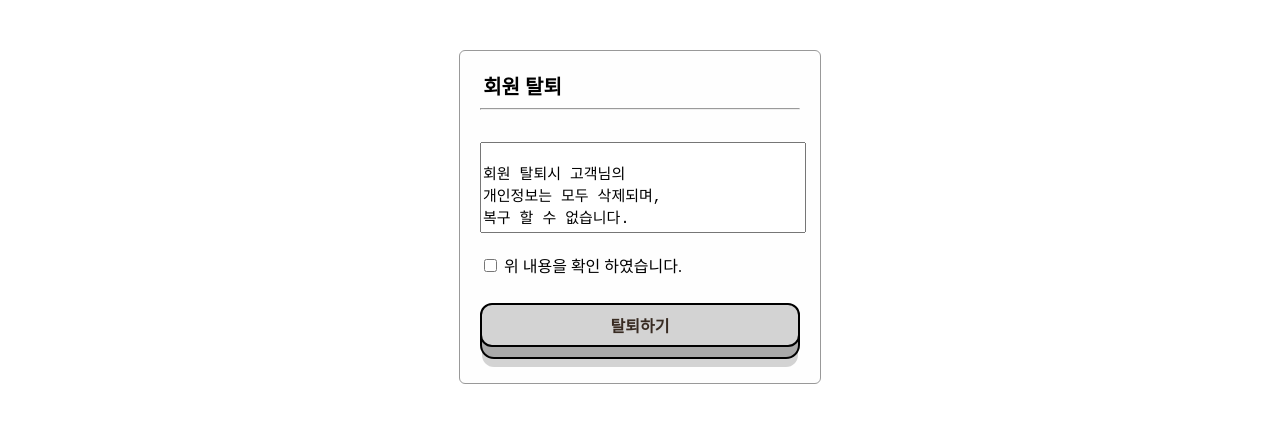
Repository: acredev/Restaurant_Management_System
Page: http://localhost/leekangjo/jsp/mypage/myinfo/myinfo_remove.jsp
These files come from the project's save history. The page is drawn as it stood at one moment and after the next save; the edit follows.
The browser window is 1280 px wide. The pictures show the whole page.
The page is served by Tomcat 9. Other server files are loaded and not shown.

Above is the page before, as saved 2023-05-26 01:31:05.

### leekangjo/WebContent/jsp/mypage/myinfo/myinfo_remove.jsp
<%@ page language="java" contentType="text/html; charset=UTF-8"
    pageEncoding="UTF-8"%>
<!DOCTYPE html>
<html>
	<head>
	    <meta charset="utf-8">
	    <title>마이페이지 - 회원탈퇴</title>
	    <link href="../../css/mypage.css" rel="stylesheet">
	    <link href="../../css/buttonST.css" rel="stylesheet">
	    <link rel="icon" href="../../img/favicon1.png" type="image/x-icon" sizes="16x16">
        <script language="javascript">
			function agreeCheck(frm)
			{
				if (frm.checkButton.disabled==true)
				frm.checkButton.disabled=false
				else
				frm.checkButton.disabled=true
			}
		</script>
	</head>
	<body>
		<form name="login_first" class="login_first" action="login_second.jsp" method="post">
	    	<div class="outBox">
		    	<div class="boxtitle">
    	    		<a class="topid">회원 탈퇴</a>
                    <hr>
                    <textarea cols="40" rows="5" readonly="readonly">
회원 탈퇴시 고객님의
개인정보는 모두 삭제되며,
복구 할 수 없습니다.
</textarea><br>
                    <input type="checkbox" name="agree" id="byecheck" onClick="agreeCheck(this.form)"> 위 내용을 확인 하였습니다.


			</div>
                <button type="button" name="checkButton" id="byebtn" class="tagbarBT" disabled onclick="alert('민혁선배. 잠깐만 이리 와주세요.')"> 탈퇴하기</button>
            </div>
		</form>
	</body>
</html>

### leekangjo/WebContent/css/mypage.css
.outBox {margin:50px auto; padding:20px; max-width:320px; border:1px solid #999; border-radius:6px; background-color: #FEFEFE;
}


.IPSBOX{
    margin-top: 10%;
    text-align: center;
}

h1{
    margin-top: -2%;
    text-align: center;
}

#btn_id{
    margin-top: 5%;
    width: 32%;
    margin-bottom: 15%;
}

.testimg{
    width: 100%;
}


img:hover{
	cursor: pointer;
}
h2{
    text-align: left;
    margin-left: 3%;
    font-size: 17px;
}

.topid{
    margin-left: 1%;
    font-size: 20px;
    font-weight: bold;
}
.bye{
    font-size: 13px;
    color: #585858
}
.bye:hover{
    cursor: pointer;
     text-decoration: underline;
}
hr{
    margin-bottom: 5%;
}
input::-webkit-outer-spin-button,
input::-webkit-inner-spin-button {
  -webkit-appearance: none;
  margin: 0;
}
a{
    font-weight: bold;
}
.form-item {
    flex-direction: row-reverse;
    width: 100%;
    align-items: center;
    margin-bottom: 23%;
}
.form-item input {
    width: 92%;
    padding: 12px;
    font-size: 14px;
    color: #111111;
    border: 0;
    border: 1px #cccccc solid;
    margin-bottom: 3%;
}

#usertel:focus{
    border-color:#0982f0;
}
.form-item input:focus {

    outline: none;
}
#email_change{
    width:100%;
    float:right;
    margin-bottom:10%;
}
#telnum_change{
    width: 100%;
    float: right;
    margin-bottom: 15%;
}
#pw_change{
    width:100%;
    float:right;
    margin-bottom:17%;
}
#myinfo_cancle{
    background-color: #DDDDDD;
}
#goto_myinfo{
    width: 100%;
    margin-bottom: 5%
}
.my_pwd{
     width: 92%;
    padding: 12px;
    font-size: 14px;
    color: #111111;
    border: 0;
    border: 1px #cccccc solid;

    margin-bottom: 5%;
}
.my_pwd:focus{
    outline: none;
}
.tagbarBT{
    width: 49%;
}

.btnbox{
    margin-top: -18%;
    margin-bottom: 5%;
}
.form-item input:nth-child(-n+7){
    background-color: #EFEFEF
}

.veri_form-item{
    margin-bottom: %;
}
textarea{
    width: 100%;
    font-size: 15px;
    margin-top: 5%;
    margin-bottom: 5%;
    resize: none;

}
button:disabled{
    background-color: lightgray;
}
button:disabled:hover{
	cursor: not-allowed;
}
#byebtn{
    margin-top: 8%;
    margin-bottom: 5%;
    width: 100%;

}
.IPSBOX{
    margin-top: 7%;
    text-align: center;
}

### leekangjo/WebContent/css/buttonST.css
/* 프로젝트 내부의 버튼 스타일을 결정하는 css 파일입니다. */

.tagbarBT {
  position: relative;
  cursor: pointer;
  font-size: inherit;
  font-family: inherit;
  font-weight: 600;
  color: #382b22;
  padding: 0.5em 1em;
  background: #ffffff;
  border: 2px solid #000;
  border-radius: 0.75em;
  transform-style: preserve-3d;
  transition: transform 150ms cubic-bezier(0, 0, 0.58, 1), background 150ms cubic-bezier(0, 0, 0.58, 1);
}

.tagbarBT::before {
  position: absolute;
  content: "";
  width: 100%;
  height: 100%;
  top: 0;
  left: 0;
  right: 0;
  bottom: 0;
  background: darkgray;
  border-radius: inherit;
  box-shadow: 0 0 0 2px #000, 0 0.625em 0 0 lightgray;
  transform: translate3d(0, 0.75em, -1em);
  transition: transform 150ms cubic-bezier(0, 0, 0.58, 1), box-shadow 150ms cubic-bezier(0, 0, 0.58, 1);
}

.tagbarBT:hover {
  background: lightgray;
  transform: translate(0, 0.25em);
}

.tagbarBT:hover::before {
  box-shadow: 0 0 0 2px , 0 0.5em 0 0 lightgray;
  transform: translate3d(0, 0.5em, -1em);
}

.tagbarBT:active {
  background: lightgray;
  transform: translate(0em, 0.75em);
}

.tagbarBT:active::before {
  box-shadow: 0 0 0 2px , 0 0;
  transform: translate3d(0, 0, -1em);
}

After the next save:
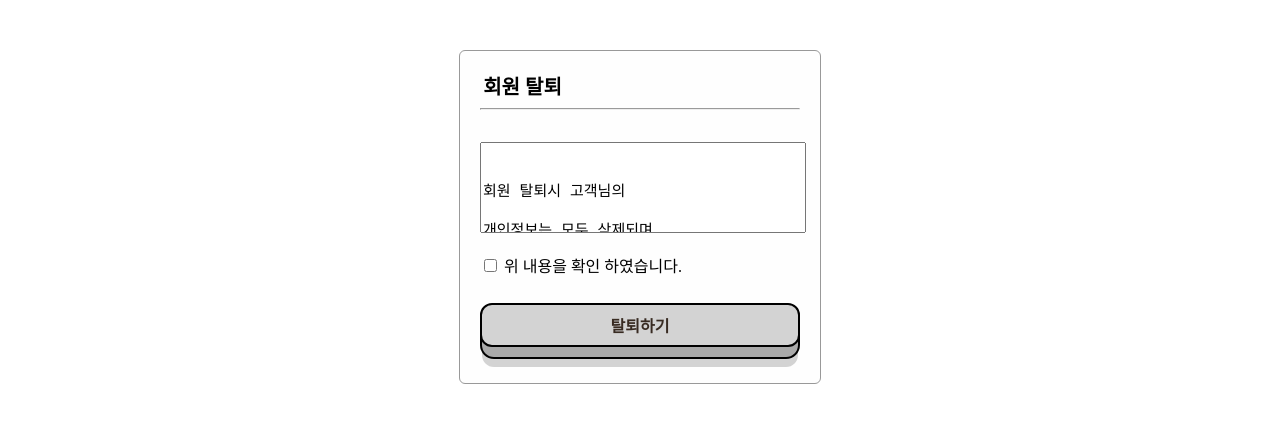
Saved 25 s later.
--- a/leekangjo/WebContent/jsp/mypage/myinfo/myinfo_remove.jsp
+++ b/leekangjo/WebContent/jsp/mypage/myinfo/myinfo_remove.jsp
@@ -25,15 +25,14 @@
     	    		<a class="topid">회원 탈퇴</a>
                     <hr>
                     <textarea cols="40" rows="5" readonly="readonly">
-회원 탈퇴시 고객님의
-개인정보는 모두 삭제되며,
-복구 할 수 없습니다.
-</textarea><br>
+						회원 탈퇴시 고객님의
+						개인정보는 모두 삭제되며,
+						복구 할 수 없습니다.
+					</textarea>
+					<br>
                     <input type="checkbox" name="agree" id="byecheck" onClick="agreeCheck(this.form)"> 위 내용을 확인 하였습니다.
-
-
 			</div>
-                <button type="button" name="checkButton" id="byebtn" class="tagbarBT" disabled onclick="alert('민혁선배. 잠깐만 이리 와주세요.')"> 탈퇴하기</button>
+			<button type="button" name="checkButton" id="byebtn" class="tagbarBT" disabled onclick="alert('민혁선배. 잠깐만 이리 와주세요.')"> 탈퇴하기</button>
             </div>
 		</form>
 	</body>

After the 2 saves that followed:
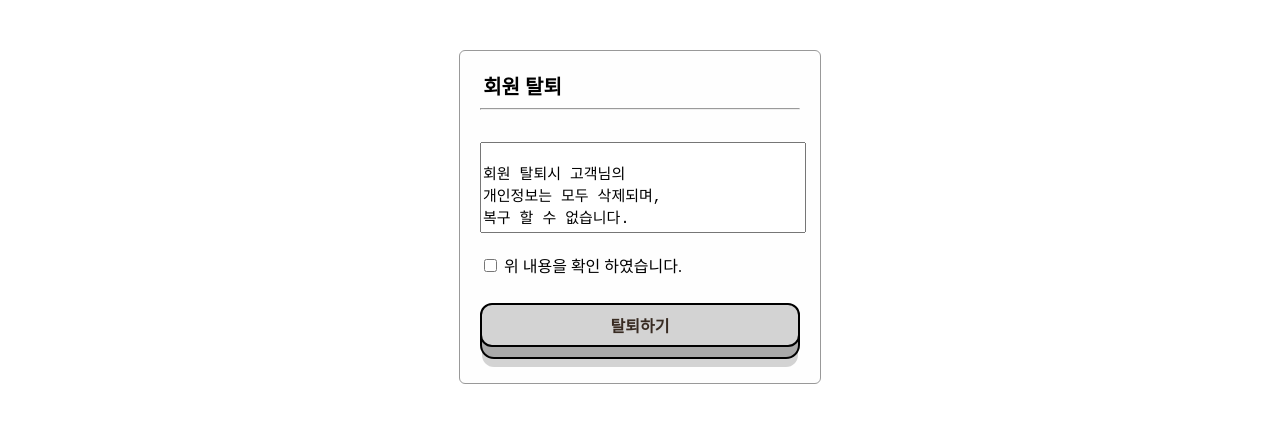
The 2 saves are shown as one change because 1 left the picture as it was.
The last was saved 7 min 41 s later.
--- a/leekangjo/WebContent/jsp/mypage/myinfo/myinfo_remove.jsp
+++ b/leekangjo/WebContent/jsp/mypage/myinfo/myinfo_remove.jsp
@@ -8,7 +8,7 @@
 	    <link href="../../css/mypage.css" rel="stylesheet">
 	    <link href="../../css/buttonST.css" rel="stylesheet">
 	    <link rel="icon" href="../../img/favicon1.png" type="image/x-icon" sizes="16x16">
-        <script language="javascript">
+        <script type="text/javascript">
 			function agreeCheck(frm)
 			{
 				if (frm.checkButton.disabled==true)
@@ -25,9 +25,9 @@
     	    		<a class="topid">회원 탈퇴</a>
                     <hr>
                     <textarea cols="40" rows="5" readonly="readonly">
-						회원 탈퇴시 고객님의
-						개인정보는 모두 삭제되며,
-						복구 할 수 없습니다.
+회원 탈퇴시 고객님의
+개인정보는 모두 삭제되며,
+복구 할 수 없습니다.
 					</textarea>
 					<br>
                     <input type="checkbox" name="agree" id="byecheck" onClick="agreeCheck(this.form)"> 위 내용을 확인 하였습니다.
